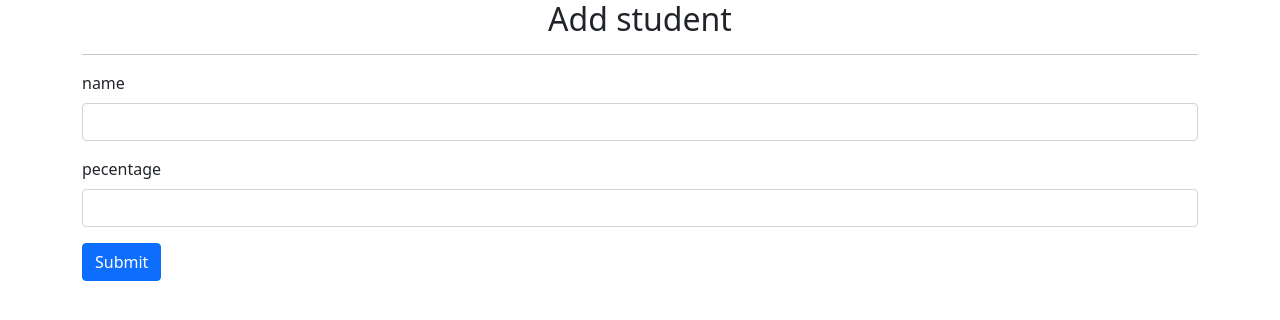
Repository: RMVLajaykumar/monojavaee
Page: http://localhost/12-student-mvc-db/add-student.jsp
These files come from the project's save history. The page is drawn as it stood at one moment and after the next save; the edit follows.
The browser window is 1280 px wide. The pictures show the whole page.
The page is served by Tomcat 9.

Above is the page before, as saved 2024-07-17 08:28:23.

After the next save:
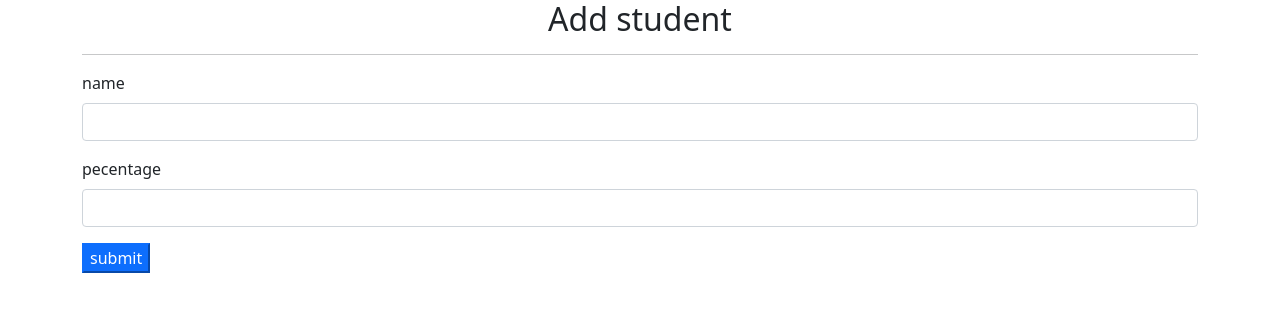
Saved 21 min 44 s later.
--- a/12-student-mvc-db/WebContent/add-student.jsp
+++ b/12-student-mvc-db/WebContent/add-student.jsp
@@ -24,7 +24,7 @@
     <label for="pecentage" class="form-label">pecentage</label>
     <input type="text" class="form-control" id="pecentage" name="pecentage" >
   </div>
-  <button type="submit" class="btn btn-primary">Submit</button>
+  <input type="submit" class=" btn-primary" value="submit">
 </form>
 
 </body>
